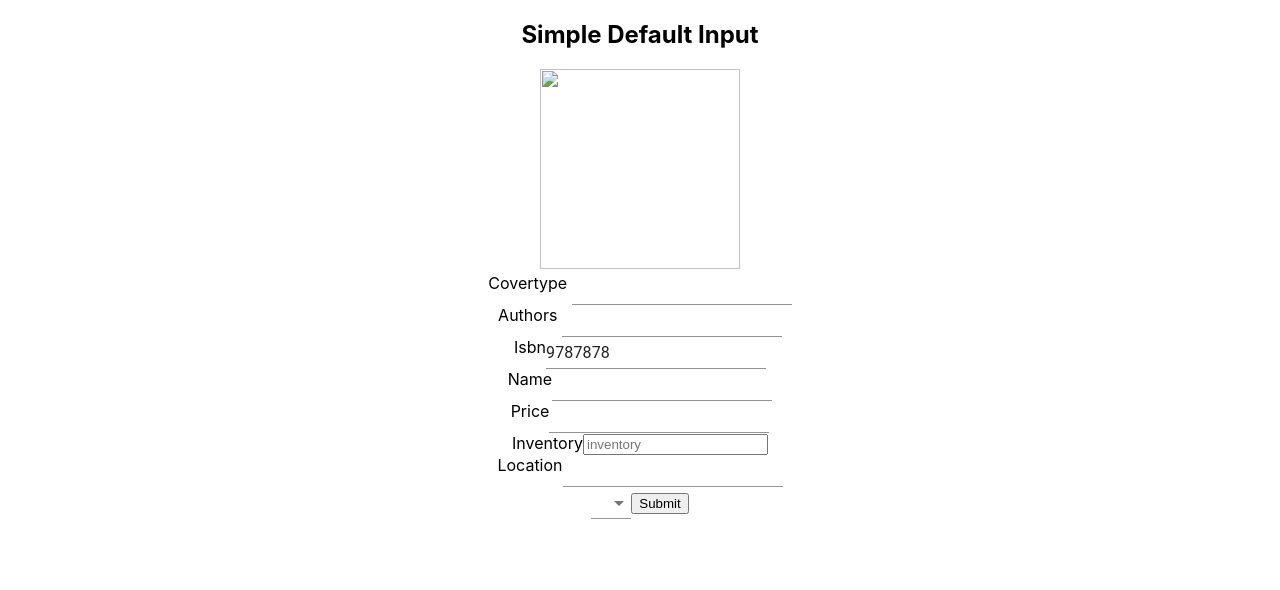
Repository: rishhabh-jain/isbndb
Page: /
These files come from the project's save history. The page is drawn as it stood at one moment and after the next save; the edit follows.
The browser window is 1280 px wide. The pictures show the whole page.
The project was rebuilt for these pictures with package versions that can differ from the ones it lists, and the page was loaded fresh each time.

Above is the page before, as saved 2022-02-03 14:55:48.

### src/App.js
import logo from './logo.svg';
import TextField from '@material-ui/core/TextField'
import { Form, Field } from 'react-final-form'
import { Select } from '@material-ui/core';
import { MenuItem } from '@material-ui/core';
// import Image from 'material-ui-image';
import axios from 'axios';
import React , { useState , useEffect} from 'react';
import './App.css';

function App() {
  const [data, setData] = useState({});
  const [weight, setWeight] = useState("");
  useEffect(() => {
    axios.get('http://localhost:8080/' ,{headers : {
    "Access-Control-Allow-Origin": "*",
    "Access-Control-Allow-Methods": "GET,PUT,POST,DELETE,PATCH,OPTIONS"
  }})
  .then(function (response) {
    // handle success
    // setData(response.data.book);
    console.log(response.data.book);
    setTitle(response.data.book.title);
    setIsbn(response.data.book.isbn13);
    setImage(response.data.book.image)
    setBinding(response.data.book.binding);
    setAuthors(response.data.book.authors);
    const myArray = response.data.book.dimensions.split(",");
    const word = myArray[2].split(":")
    const final = (word[1].substring(0 , 6 ) / 2.2046);
    console.log(final)
    setWeight(final.substring(5));
    console.log(weight)
  })
  .catch(function (error) {
    // handle error
    console.log(error);
  })
  .then(function () {
    console.log("this will be always displayed");
  });

    return () => {
      ;
    };
  }, []);

  const [isbn, setIsbn] = useState("9787878");
  const [authors, setAuthors] = useState([]);
  const [binding, setBinding] = useState("");
  const [image, setImage] = useState("");
  const [title, setTitle] = useState("");
  const [price, setPrice] = useState("");
  const [location, setLocation] = useState("");
  const [condition, setCondition] = useState("")


  const onTitleChange = (e) => {
    setTitle(e.target.value);
    console.log(title)
  }
  const onIsbnChange = (e) => {
    setIsbn(e.target.value);
  }
  const onPriceChange = (e) => {
    setPrice(e.target.value);
  }
  const onLocationChange = (e) => {
    setLocation(e.target.value);
  }
  const onConditionChange = (e) => {
    setCondition(e.target.value);
    console.log(condition)
  }
  return (
    <div className="App">
     <Form
    onSubmit={onSubmit}
    render={({ handleSubmit }) => (
      <form onSubmit={handleSubmit}>
        <h2>Simple Default Input</h2>
        <img
        src={image}
        height="200"
        width="200"
        loading="lazy"
      />

        <div>
        <label>Covertype </label>
        <TextField value={binding} />
        <br></br>
        <label>Authors </label>
        <TextField value={authors} />
        <br></br>
          <label>Isbn</label>
          <TextField
          onChange={onIsbnChange}
          name={isbn}
          value={isbn}
        />
        </div>
        <div>
          <label>Name</label>
          <TextField
          onChange={onTitleChange}
        name={title}
        value={title}
      />
        </div>
        <div>
          <label>Price</label>
          <TextField
          onChange={onPriceChange}
        name={price}
        value={price}
      />
        </div>
        <div>
          <label>Inventory</label>
          <Field name="inventory" component="input" placeholder="inventory" />
        </div>
        <div>
          <label>Location</label>
          <TextField
          onChange={onLocationChange}
        name={location}
        value={location}
      />
        </div>
        {/* <div>
          <label>Condition</label>
          <Field name="condition" component="select">
              <option />
              <option value={condition} onSelect={onCondition}> Good </option>
              <option value={condition}> Like new </option>
              <option value={condition}> New </option>
              <option value={condition}> Readable</option>
            </Field>
        </div> */}
    <Select
          value={condition}
          label="Age"
          onChange={onConditionChange}
        >
          <MenuItem value="Good" >Good</MenuItem>
          <MenuItem value="New" >New</MenuItem>
          <MenuItem value="Like" >Like New </MenuItem>
        </Select>
        <button type="submit">Submit</button>
      </form>

    )}
  />

    </div>
  );
}
const onSubmit = () => {
  window.alert("onsubmit working");
}


export default App;

Loaded but not shown: public/index.html (common file); src/index.js (common file); src/index.css (common file); src/reportWebVitals.js (common file); src/App.css (common file)

After the next save:
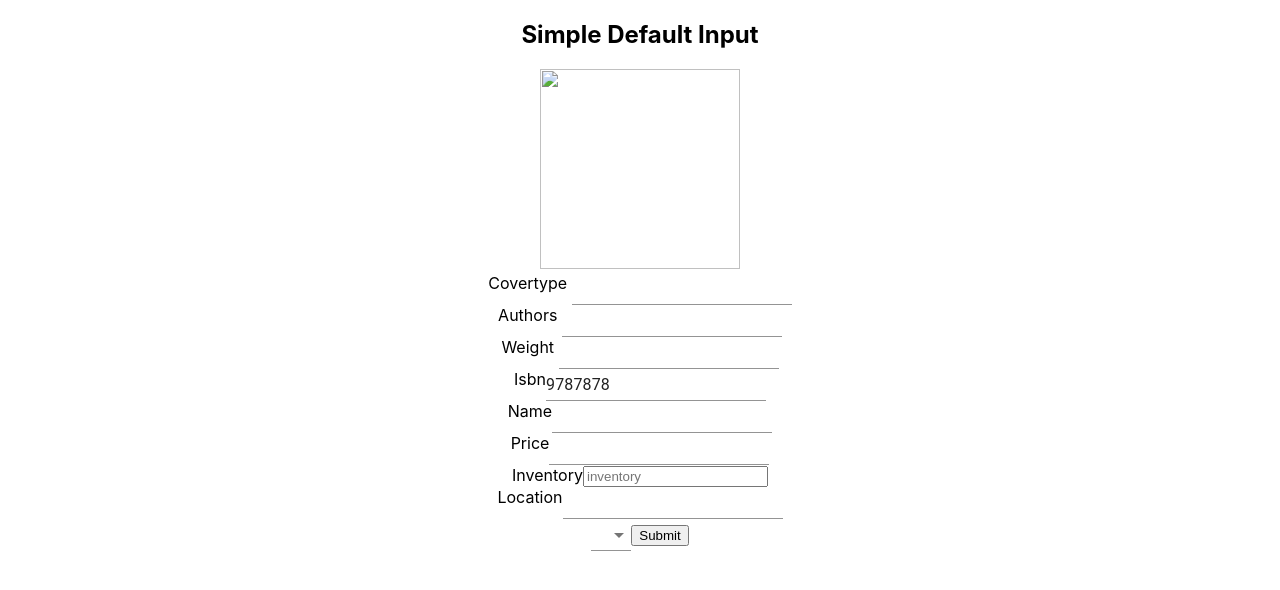
Saved 64 s later.
--- a/src/App.js
+++ b/src/App.js
@@ -29,7 +29,7 @@ function App() {
     const word = myArray[2].split(":")
     const final = (word[1].substring(0 , 6 ) / 2.2046);
     console.log(final)
-    setWeight(final.substring(5));
+    setWeight(final);
     console.log(weight)
   })
   .catch(function (error) {
@@ -92,6 +92,9 @@ function App() {
         <br></br>
         <label>Authors </label>
         <TextField value={authors} />
+        <br></br>
+        <label>Weight </label>
+        <TextField value={weight} />
         <br></br>
           <label>Isbn</label>
           <TextField
